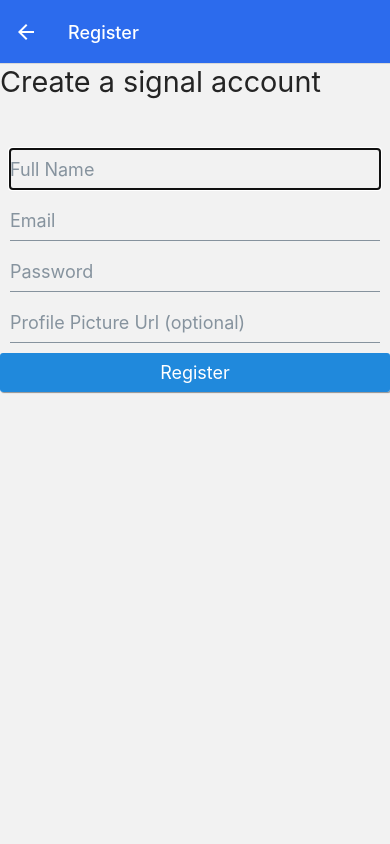
Repository: TheBoringBOT/signal-clone-reactnative-learn
Screen: /Register
The author's editor kept a copy of each file at every save. The screen is drawn from the files as they stood at one save, then again after the next save.
The app was drawn by React Native's web renderer in a window 390 px wide. The project was rebuilt for these pictures with package versions that can differ from the ones it lists, and the page was loaded fresh each time.

Above is the screen before, as saved 2022-01-23 19:21:24.

After the next save:
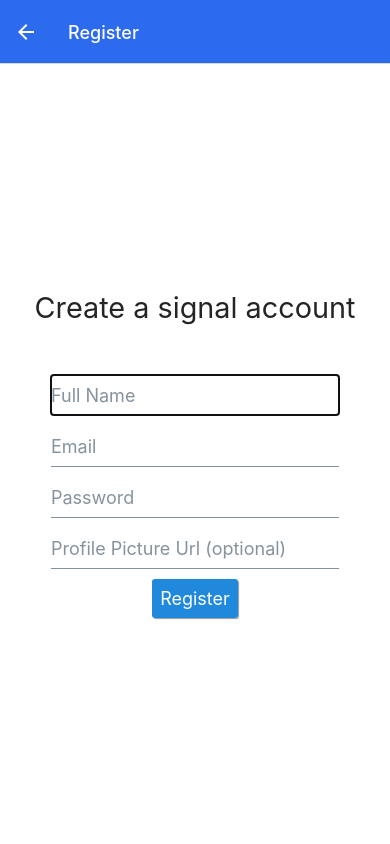
Saved 53 s later.
--- a/screens/RegisterScreen.js
+++ b/screens/RegisterScreen.js
@@ -62,6 +62,12 @@ const RegisterScreen = ({ navigation }) => {
 export default RegisterScreen;
 
 const styles = StyleSheet.create({
-  container: {},
+  container: {
+    flex: 1,
+    alignItems: "center",
+    justifyContent: "center",
+    padding: 10,
+    backgroundColor: "white",
+  },
   inputContainer: {},
 });
